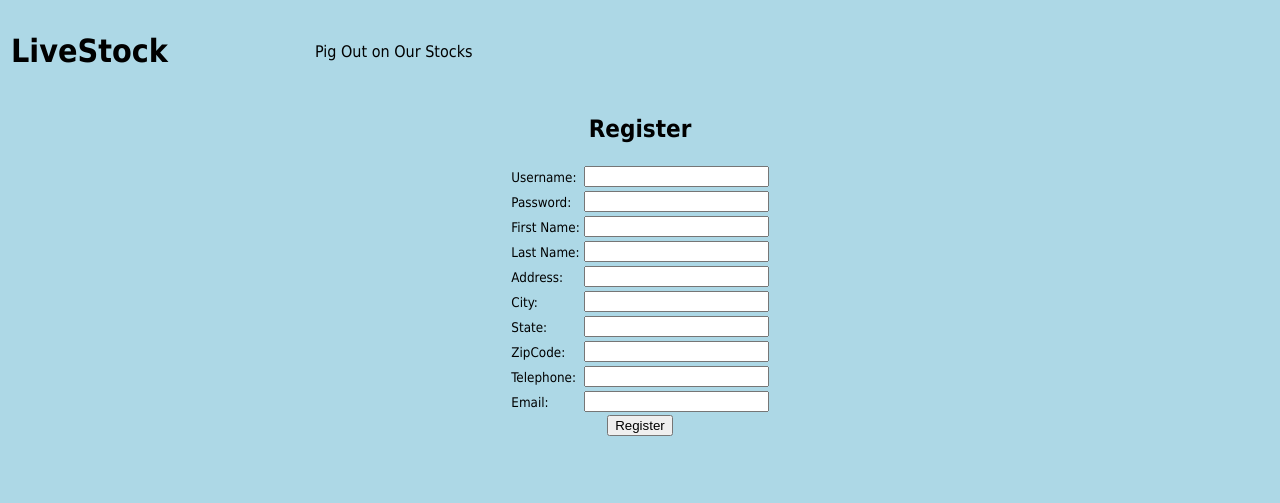
Repository: yastapova/live-stock
Page: LiveStockSite/WebContent/WEB-INF/register_cus.html
An editor plug-in stored every save of this project. The page is shown before and after the next save, followed by the edit.
The browser window is 1280 px wide. The pictures show the whole page.

Above is the page before, as saved 2016-04-15 22:11:33.

After the next save:
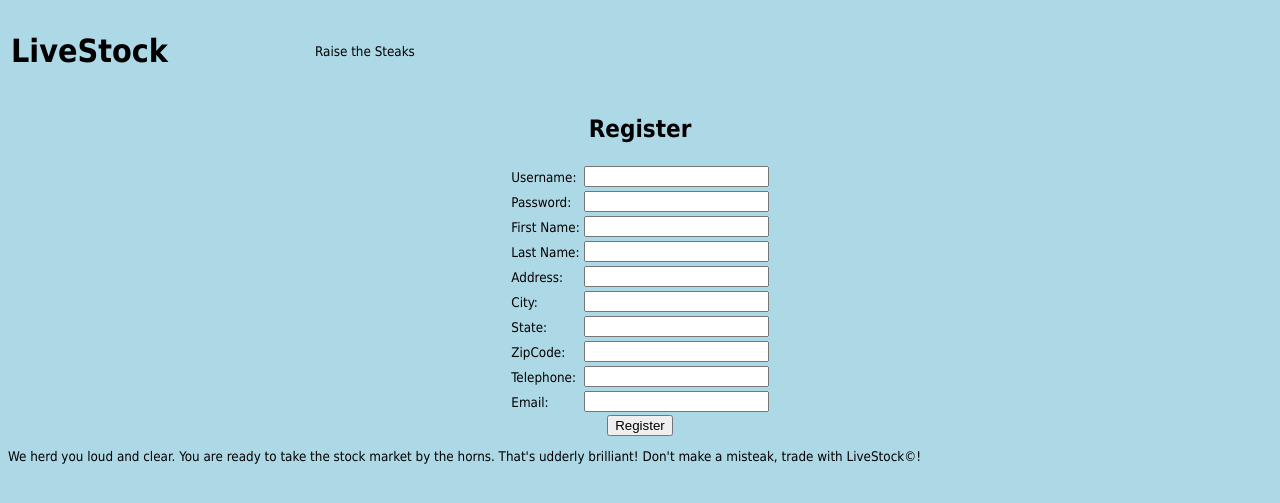
Saved 2 s later.
--- a/LiveStockSite/WebContent/WEB-INF/register_cus.html
+++ b/LiveStockSite/WebContent/WEB-INF/register_cus.html
@@ -11,6 +11,12 @@
 		.formlabel {
 			font-size: 10pt;
 		}
+		.header {
+			align: center;
+		}
+		p {
+			font-size: 10pt;
+		}
 	</style>
 </head>
 <body>
@@ -18,7 +24,7 @@
 	<table>
 		<tr>
 			<td width='300px'><h1>LiveStock</h1></td>
-			<td width='300px'><p>Pig Out on Our Stocks</p></td>
+			<td width='300px'><p>Raise the Steaks</p></td>
 		</tr>
 	</table>
 	</div>
@@ -73,6 +79,7 @@
 	</div>
 
 	<div class="footer">
+	<p>We herd you loud and clear. You are ready to take the stock market by the horns. That's udderly brilliant! Don't make a misteak, trade with LiveStock&copy;!</p>
 	</div>
 </body>
 </html>
